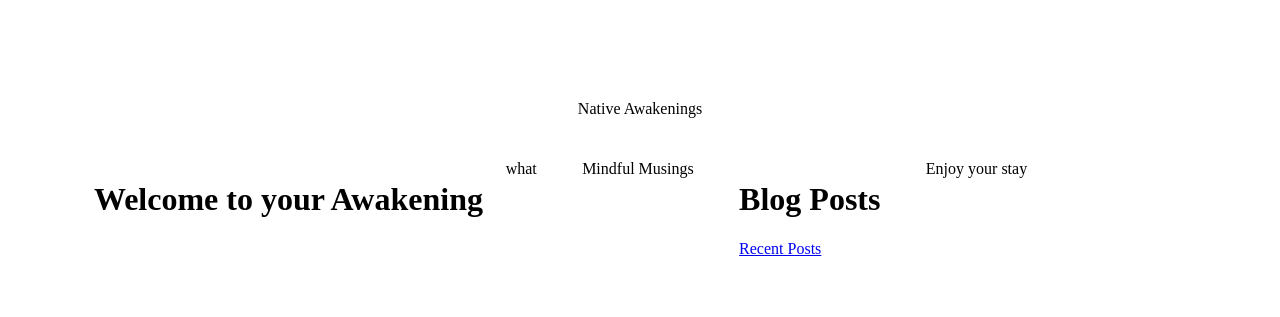
Repository: Gregg-Hendrix/blog-project
Page: index.html
The author's editor kept a copy of each file at every save. The page is drawn from the files as they stood at one save, then again after the next save.
The browser window is 1280 px wide. The pictures show the whole page.

Above is the page before, as saved 2021-03-15 13:54:28.

After the next save:
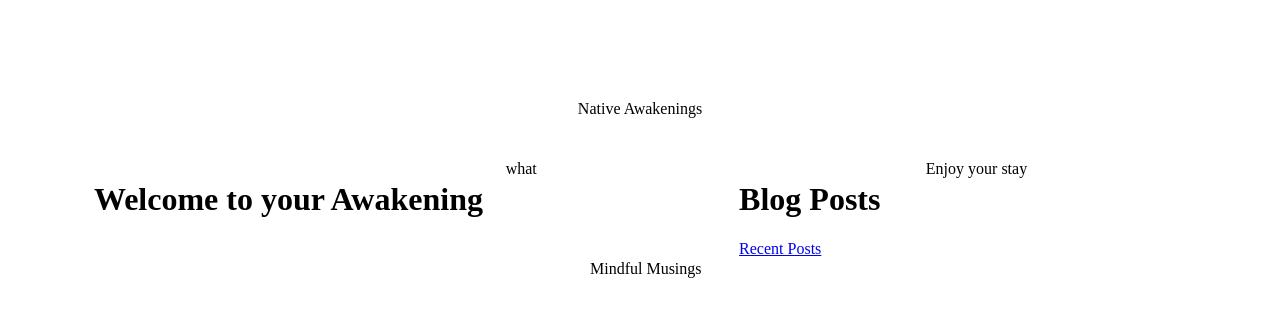
Saved 6 s later.
--- a/index.html
+++ b/index.html
@@ -13,7 +13,7 @@
             <header class="header">Native Awakenings</header>
             <h1 class="intro">Welcome to your Awakening</h1>
             <nav>what</nav>
-            <article class="">Mindful Musings</article>
+            <article class="container">Mindful Musings</article>
             <sidebar><h1>Blog Posts</h1><a href="meditation.html">Recent Posts</a></sidebar>
             <footer>Enjoy your stay</footer>
         </div>
